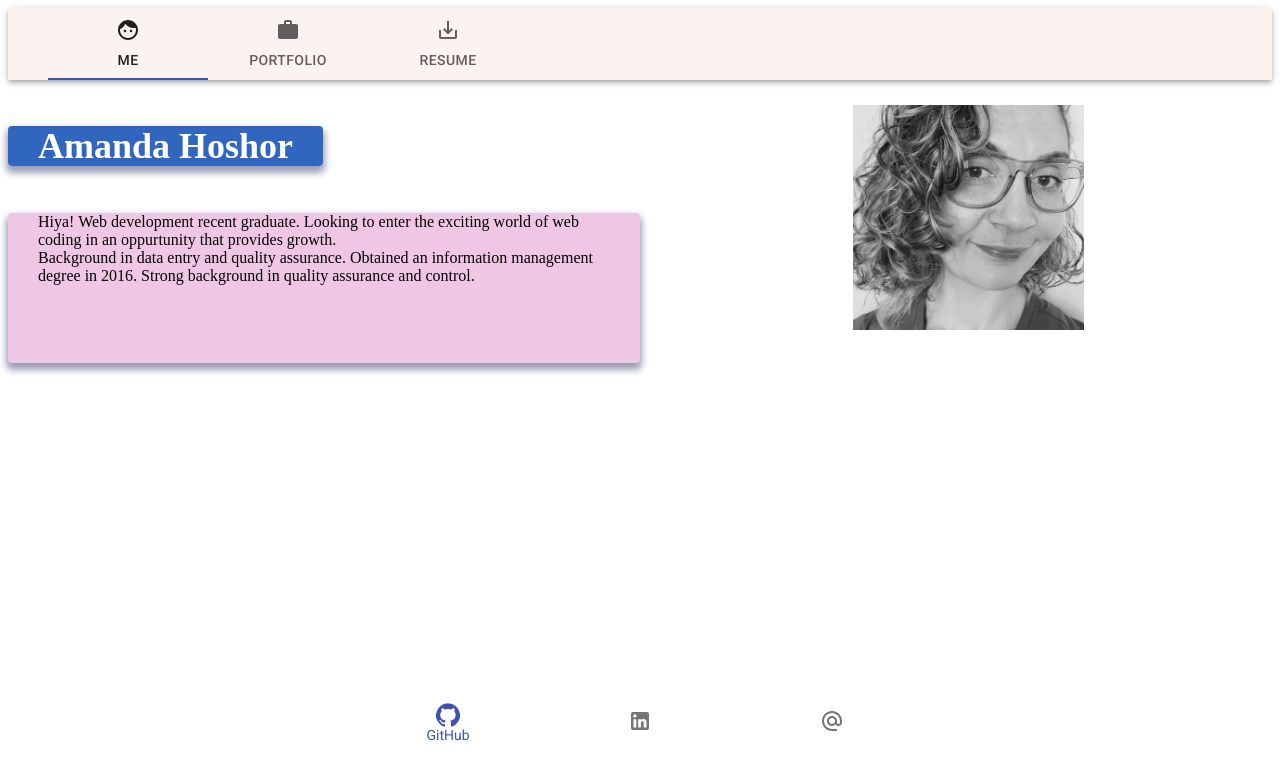
Repository: mandahos/hoshor
Page: /
These files come from the project's save history. The page is drawn as it stood at one moment and after the next save; the edit follows.
The browser window is 1280 px wide. The pictures show the whole page.
The project was rebuilt for these pictures with package versions that can differ from the ones it lists, and the page was loaded fresh each time. Also part of the build but not shown: src/components/Portfolio/index.js, src/components/Resume/index.js. Imported but missing from the stored project, and not drawn on this page: src/assets/resume/Amanda_Hoshor_Resume.PDF, src/assets/resume/Resume_Hoshor (1).pdf.

Above is the page before, as saved 2021-08-22 09:09:10.

After the next save:
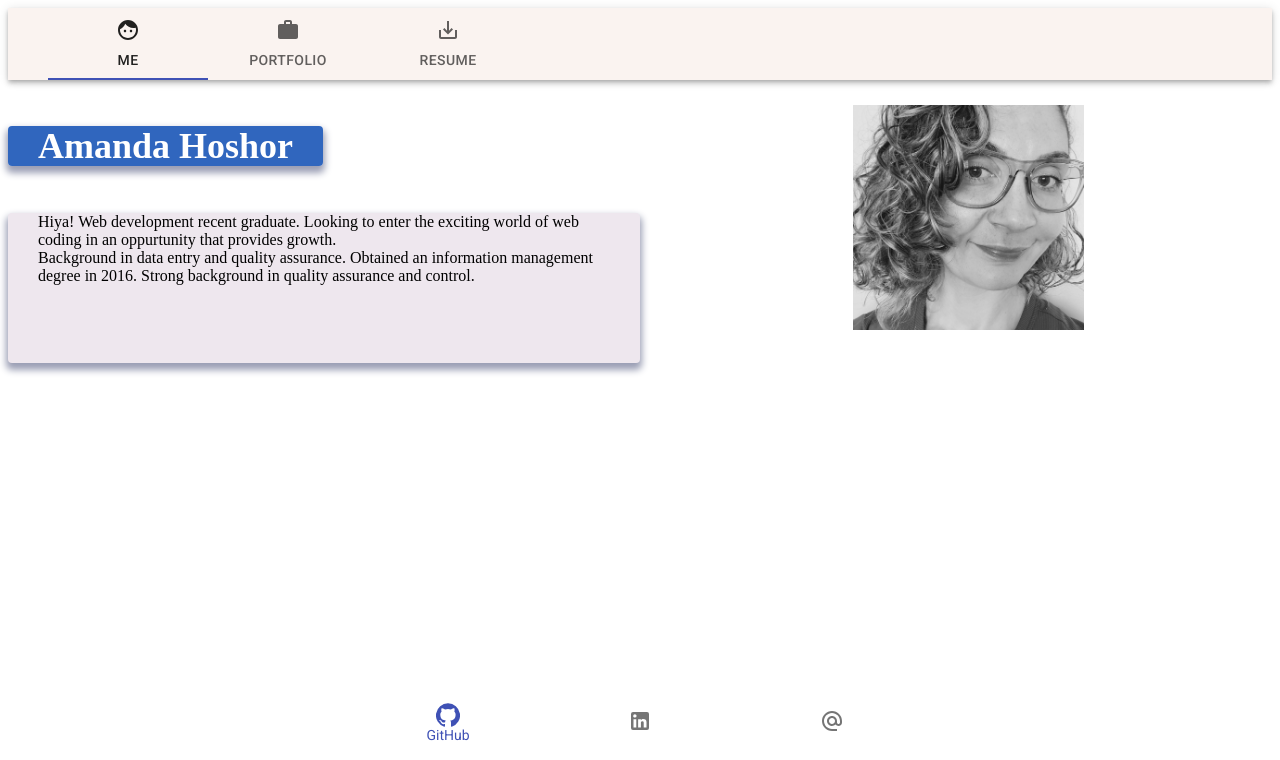
Saved 22 s later.
--- a/src/components/Me/index.js
+++ b/src/components/Me/index.js
@@ -26,7 +26,7 @@ const useStyles = makeStyles({
 
   },
   textBox: {
-    background: '#EFC7E5',
+    background: '#EEE7EE',
     border: 0,
     borderRadius: 4,
     boxShadow: '0 5px 7px 2px #9b9fb5',
